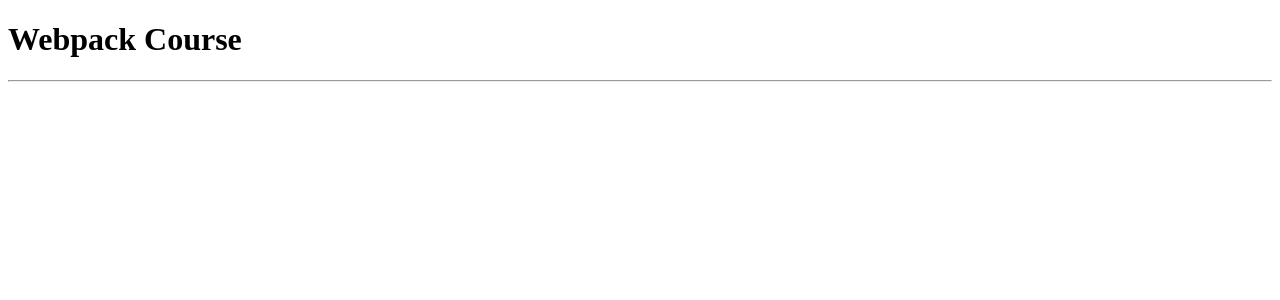
Repository: jsprogr/webpack_config_learning
Page: src/index.html
An editor plug-in stored every save of this project. The page is shown before and after the next save, followed by the edit.
The browser window is 1280 px wide. The pictures show the whole page.

Above is the page before, as saved 2020-02-27 22:42:31.

### src/index.html
<!DOCTYPE html>
<html lang="en">
<head>
    <meta charset="UTF-8">
    <meta name="viewport" content="width=device-width, initial-scale=1.0">
    <meta http-equiv="X-UA-Compatible" content="ie=edge">
    <title>Webpack</title>

</head>
<body>
    <div class="container">
        <h1>Webpack Course</h1>

        <hr>

        <div class="logo"></div>
    </div>


</body>
</html>

After the next save:
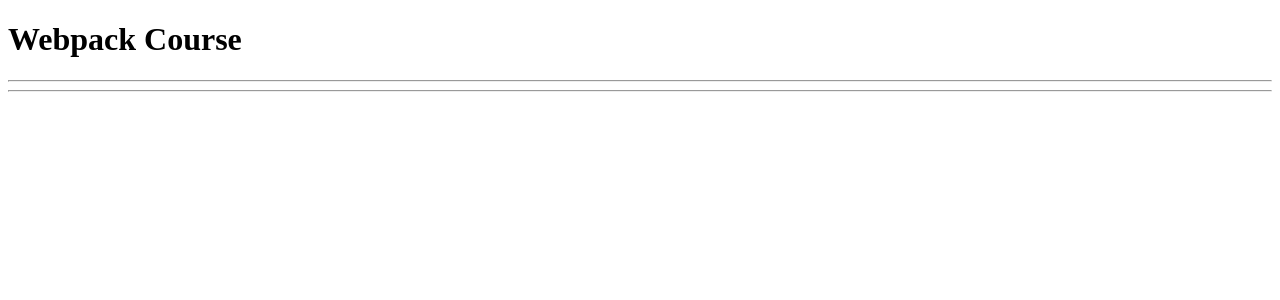
Saved 112 s later.
--- a/src/index.html
+++ b/src/index.html
@@ -14,6 +14,12 @@
         <hr>
 
         <div class="logo"></div>
+
+        <hr>
+
+        <pre>
+
+        </pre>
     </div>
 
 
